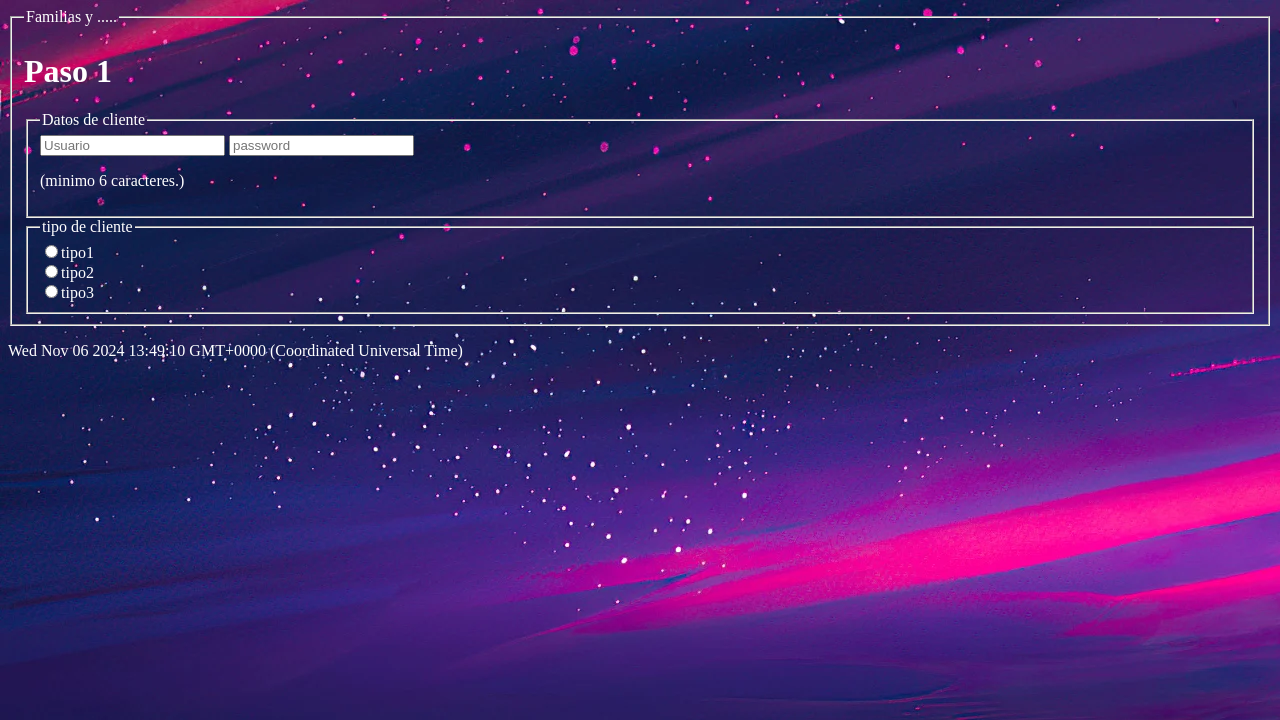
Repository: demoniers/clase
Page: lenguajes/html2/ej11/src/index.html
The author's editor kept a copy of each file at every save. The page is drawn from the files as they stood at one save, then again after the next save.
The browser window is 1280 px wide. The pictures show the whole page.

Above is the page before, as saved 2024-11-18 13:06:09.

### lenguajes/html2/ej11/src/index.html
<!DOCTYPE html>
<html>
  <head>
    <base href="../img/">
    <title>Hojas de Estilo</title>
    <link rel="icon" type="image/x-icon" href="../img/icon.ico">
    <link rel="stylesheet" href="../style/style.css" />
    <meta name="author" content="Diego" />
    <meta name="description" content="Esto es una web" />
    <!---meta http-equiv="refresh" content="60; URL=http://www.google.com/" /> -->
  </head>

  <body>
    <div id="container">
      <fieldset>
        <legend>Familias y ..... </legend>
        <h1>Paso 1</h1>
        <fieldset class="75">
          <legend>Datos de cliente</legend>
          <input type="text" name="user" id="user" placeholder="Usuario">
          <input type="password" name="password" id="password" placeholder="password">
          <p>(minimo 6 caracteres.)</p>
        </fieldset>
        <fieldset class="25">
          <legend>tipo de cliente</legend>
          <input type="radio" name="tipo" id="tipo">tipo1<br>
          <input type="radio" name="tipo" id="tipo">tipo2<br>
          <input type="radio" name="tipo" id="tipo">tipo3<br>
        </fieldset>
      </fieldset>
    </div>
    <p id="fh"></p>
  </body>
  <script>
    fecha = document.getElementById("fh");
    f = new Date();
    fecha.innerHTML = f;
</script>
</html>

### lenguajes/html2/ej11/style/style.css
        /* Estilo que aplica al cuerpo de la página */
        body {
            background-color: #ae58bb;
            background-image: url(../img/fondo.jpg);
            color: white;
        }

After the next save:
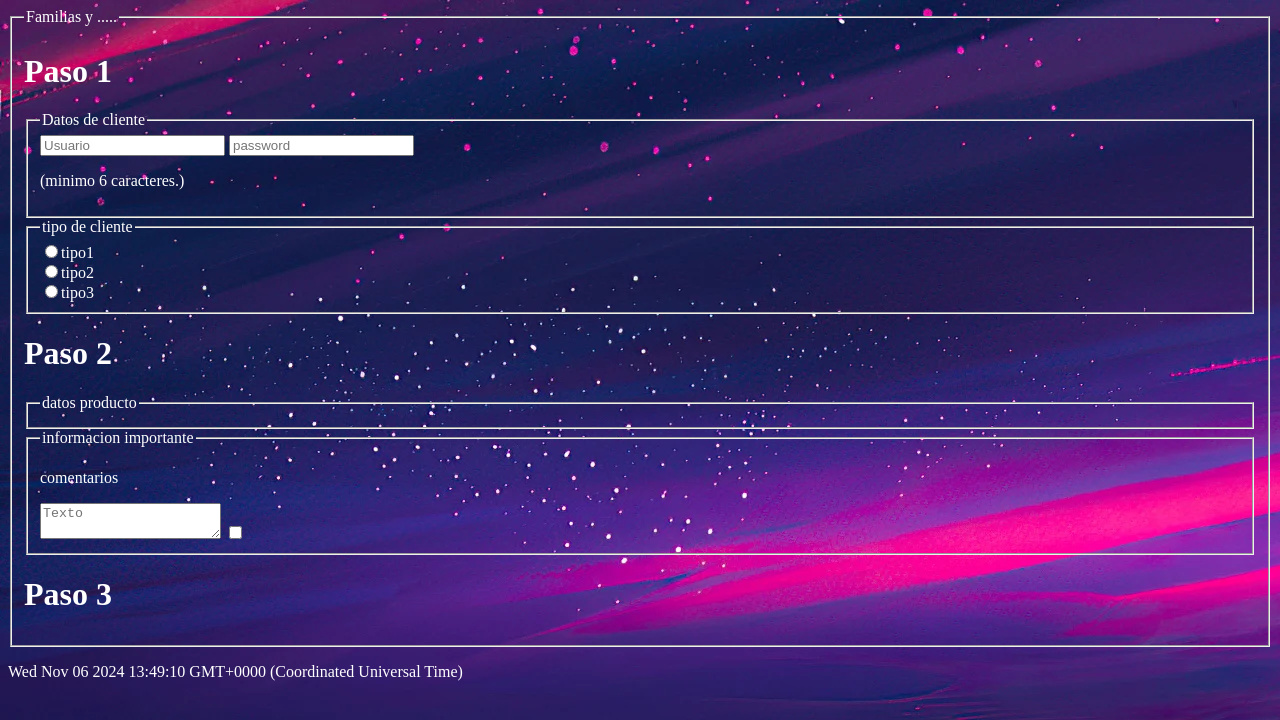
Saved 3 min 4 s later.
--- a/lenguajes/html2/ej11/src/index.html
+++ b/lenguajes/html2/ej11/src/index.html
@@ -27,6 +27,17 @@
           <input type="radio" name="tipo" id="tipo">tipo2<br>
           <input type="radio" name="tipo" id="tipo">tipo3<br>
         </fieldset>
+        <h1>Paso 2</h1>
+        <fieldset class="50">
+          <legend>datos producto</legend>
+        </fieldset>
+        <fieldset class="50">
+          <legend>informacion importante</legend>
+          <p>comentarios</p>
+          <textarea name="text" id="text" placeholder="Texto"></textarea>
+          <input type="checkbox" name="checkbox" id="checkbox" value="acepta">
+        </fieldset>
+        <h1>Paso 3</h1>
       </fieldset>
     </div>
     <p id="fh"></p>
